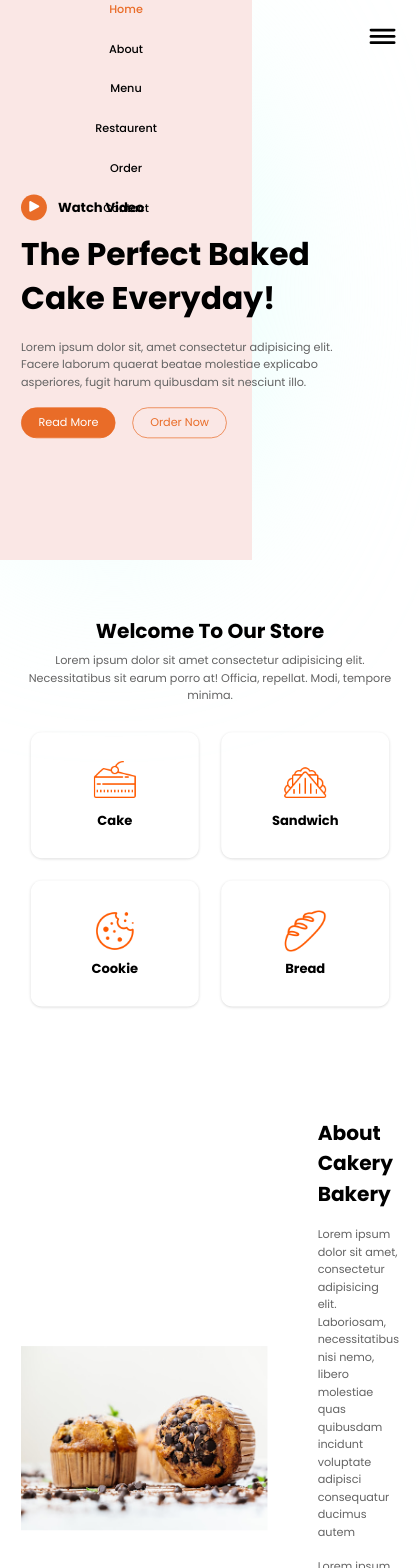
Repository: kingamirhosein100000-maker/cake.shop
Page: index.html
An editor plug-in stored every save of this project. The page is shown before and after a run of saves, followed by the edit.
The browser window is 600 px wide. The pictures show the part of the page from y = 0 to 2240 px (the page is 5901 px tall), at 70% of full size.
Some web libraries are served in a nearby version.

Above is the page before, as saved 2026-01-29 19:35:02.

After the next 3 saves:
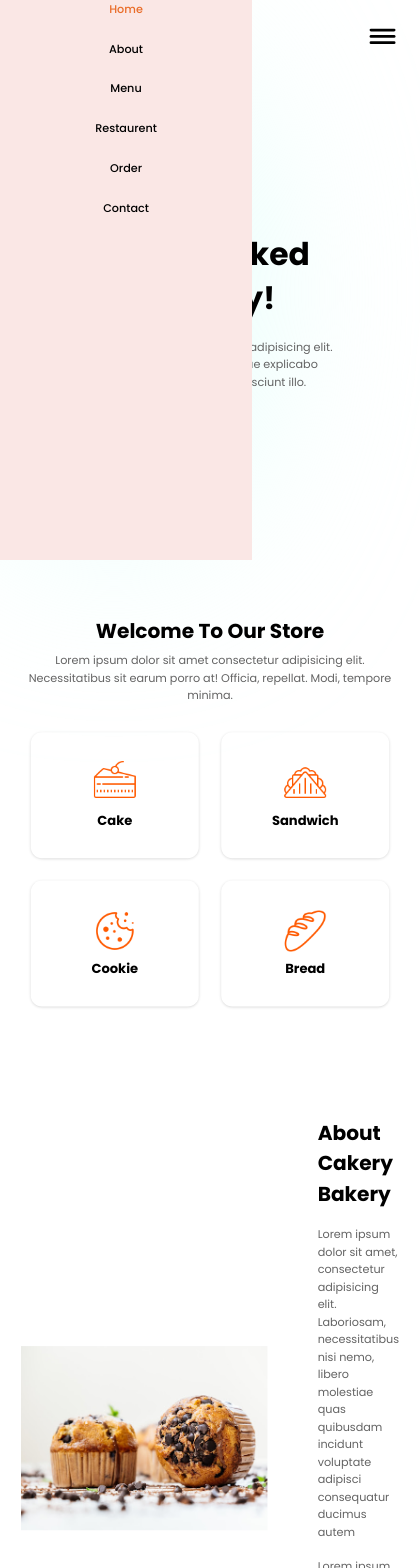
The 3 saves are shown as one change because they came seconds apart.
The last was saved 14 s later.
--- a/style.css
+++ b/style.css
@@ -432,5 +432,6 @@
                             background: var(--dawn-pink);
                             height: 100vh;
                             width: 60%;
-                        }
-                    }
+                            z-index: 5;
+                        }
+                    }
